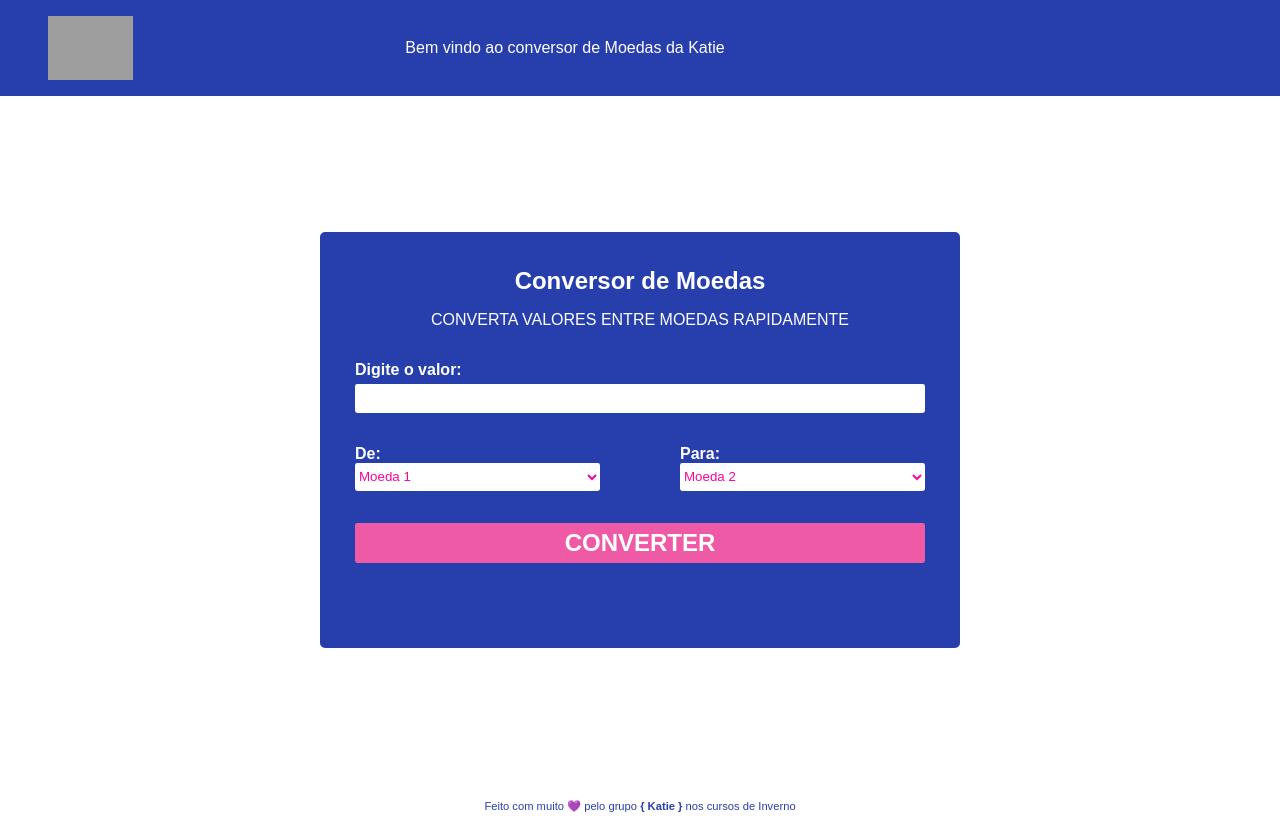
Repository: willamesalmeida/Conversor-de-Moedas
Page: index.html
These files come from the project's save history. The page is drawn as it stood at one moment and after the next save; the edit follows.
The browser window is 1280 px wide. The pictures show the whole page.
Pictures or frames that could not be fetched are drawn as grey boxes.

Above is the page before, as saved 2022-08-07 14:35:08.

### index.html
<!DOCTYPE html>
<html lang="pt-br">
<head>
    <meta charset="UTF-8" />
    <meta name="viewport" content="width=device-width, initial-scale=1.0">
    <link rel="stylesheet" href="./global.css">
    <link rel="stylesheet" href="./styles.css">
    <title>Conversor de moedas KATIE</title>
</head>
<body>
    <script src="script.js"></script>

    <header class="cabecalho">
        <img class="gif-katie" src="https://ic.ufal.br/extensao/katie/resources/logoanim.gif"/>
        <p class="saudacao">Bem vindo ao conversor de Moedas da Katie</p>
    </header>
    <main class="container">
        <section class="card">
            <header>
                <h2 class="titulo">Conversor de Moedas</h2>
                CONVERTA VALORES ENTRE MOEDAS RAPIDAMENTE
            </header>

            <section class="valor">
                <label>Digite o valor:</label>
                <input type="number" id="valor_inicial">
            </section>

            <section class="conversao">
                <div  class="converter-de">
                    <label>De:</label>
                    <select name="moedasde" id="moedasde">
                        <option value="de">Moeda 1</option>
                        <option value="USD">Dolar</option>
                        <option value="BRL">Real</option>
                        <option value="EUR">Euro</option>
                      </select>
                </div>

                <div class="converter-para">
                    <label>Para:</label>
                    <select name="moedaspara" id="moedaspara">
                        <option value="para">Moeda 2</option>
                        <option value="USD">Dolar</option>
                        <option value="BRL">Real</option>
                        <option value="EUR">Euro</option>
                      </select>
                </div>

            </section>
            <button type="submit" onclick="Converter()">CONVERTER</button>

            <span id="resultado" class="resultado"></span>

        </section>

    </main>

    <footer>
        Feito com muito &#128156 pelo grupo <strong>{ Katie }</strong> nos cursos de Inverno
    </footer>


</body>
</html>

### global.css
@import url('https://fonts.googleapis.com/css2?family=Roboto+Flex:opsz,wght@8..144,400;8..144,500&family=Roboto:ital,wght@0,100;0,300;0,400;0,500;0,700;0,900;1,100;1,300;1,400;1,500;1,700;1,900&display=swap');
:root {
  --rosa-katie: #f8049c;
  --amarelo-katie: #fdd54f;
  --cinza-katie: #1f1f24;
  --rosa-claro: #EF5AA7;
  --branco:  #ffffff;
  --blue: #273fad;
}

* {
  margin: 0;
  padding: 0;
  box-sizing: border-box;
}

body {
  font-family: 'Roboto ', sans-serif;
  font-family: 'Roboto Flex ', sans-serif;
  color: #ffffff;
}

### styles.css
.cabecalho {
  background: var(--blue);
  padding: 1rem 0;
}

.gif-katie {
  margin-left: 3rem;
  height: 4rem;
}
.cabecalho{
  display: flex;
  align-items: center;

}

.saudacao {
  text-align: center;
  padding-left: 17rem;
}

.container {
  padding: 2.5rem 1rem;
}

.card {
  background: var(--blue);
  width: 40rem;
  height: 26rem;
  border: 3px solid var(--blue);
  border-radius: 5px;
  padding: 2rem;
  margin: 6rem auto;
}

header
header h2 {

  font-size: 2rem;
}

.titulo {
  margin-bottom: 1rem;
}

.card header {
  text-align: center;
}

.valor {
  margin: 2rem 0;
  display: flex;
  flex-direction: column;
}

label {
  font-size: 1rem;
  font-weight: bold;
  margin-bottom: 0.3rem;
}

input,
select {
  border: none;
  border-radius: 0.15rem;
  height: 1.8rem;
  width: 100%;
  background: var(--branco);
  color: var(--rosa-katie)
}

input {
    padding: 0.8rem;
}

.conversao {
    width: 100%;
    margin: 2rem 0;
    display: flex;
    flex-direction: row;
  }

.converter-de,
.converter-para {
  width: 100%;
}

.converter-de {
  margin-right: 2.5rem;
}

.converter-para {
  margin-left: 2.5rem;
}

button {
  background: var(--rosa-claro);
  border: none;
  border-radius: 0.15rem;
  width: 100%;
  height: 2.5rem;
  cursor: pointer;
  color: var(--branco);
  font-weight: bold;
  font-size: 1.5rem;
  transition: 0.5s;
  margin-bottom: 1rem;
}

#resultado {
    font-weight: bold;
    color: var(--amarelo-katie);
    font-size: 1.5rem;
    text-align: center;
}

button:hover {
  filter: brightness(0.8);
}

footer {
    margin: 1rem 0;
    color: var(--blue);
    font-size: 0.70rem;
    text-align: center;
}

### script.js
function Converter() {
  let input = parseFloat(document.getElementById("valor_inicial").value);
  let output = document.getElementById("resultado");
  let de = document.getElementById("moedasde");
  let para = document.getElementById("moedaspara");

  console.log(de.value);

  //Reais
  if (de.value == "BRL" && para.value != "Moeda 2") {
    let valorEmReais = input;
    let valor;
    if (para.value == "BRL") {
      valor = "O valor em reais é: R$" + valorEmReais.toFixed(2);
    } else if (para.value == "EUR") {
      valor = "O valor em euros é: €" + (valorEmReais * 0.1885).toFixed(2);
    } else if (para.value == "USD") {
      valor = "O valor em dólar é: $" + (valorEmReais * 0.1917).toFixed(2);
    }
    output.innerHTML = valor;
  } else if (de.value == "EUR" && para.value != "Moeda 2") {
    let valorEmEuros = input;
    let valor;

    if (para.value == "EUR") {
      valor = "O valor em euros é: €" + valorEmEuros.toFixed(2);
    } else if (para.value == "USD") {
      valor = "O valor em dólar é: $" + (valorEmEuros * 1.0167).toFixed(2);
    } else if (para.value == "BRL") {
      valor = "O valor em reais é: R$" + (valorEmEuros * 5.303).toFixed(2);
    }
    output.innerHTML = valor;
  } else if (de.value == "USD" && para.value != "Moeda 2") {
    console.log("entrou no else is do dolar");
    let valorEmDolar = input;
    let valor;

    if (para.value == "USD") {
      valor = "O valor em dólar é: $" + valorEmDolar.toFixed(2);
    } else if (para.value == "BRL") {
      valor = "O valor em dólar é: R$" + (valorEmDolar * 5.2159).toFixed(2);
    } else if (para.value == "EUR") {
      valor = "O valor em dólar é: €" + (valorEmDolar * 0.9832).toFixed(2);
    }
    output.innerHTML = valor;
  } else {
    output.innerHTML = "";
  }
}

After the next save:
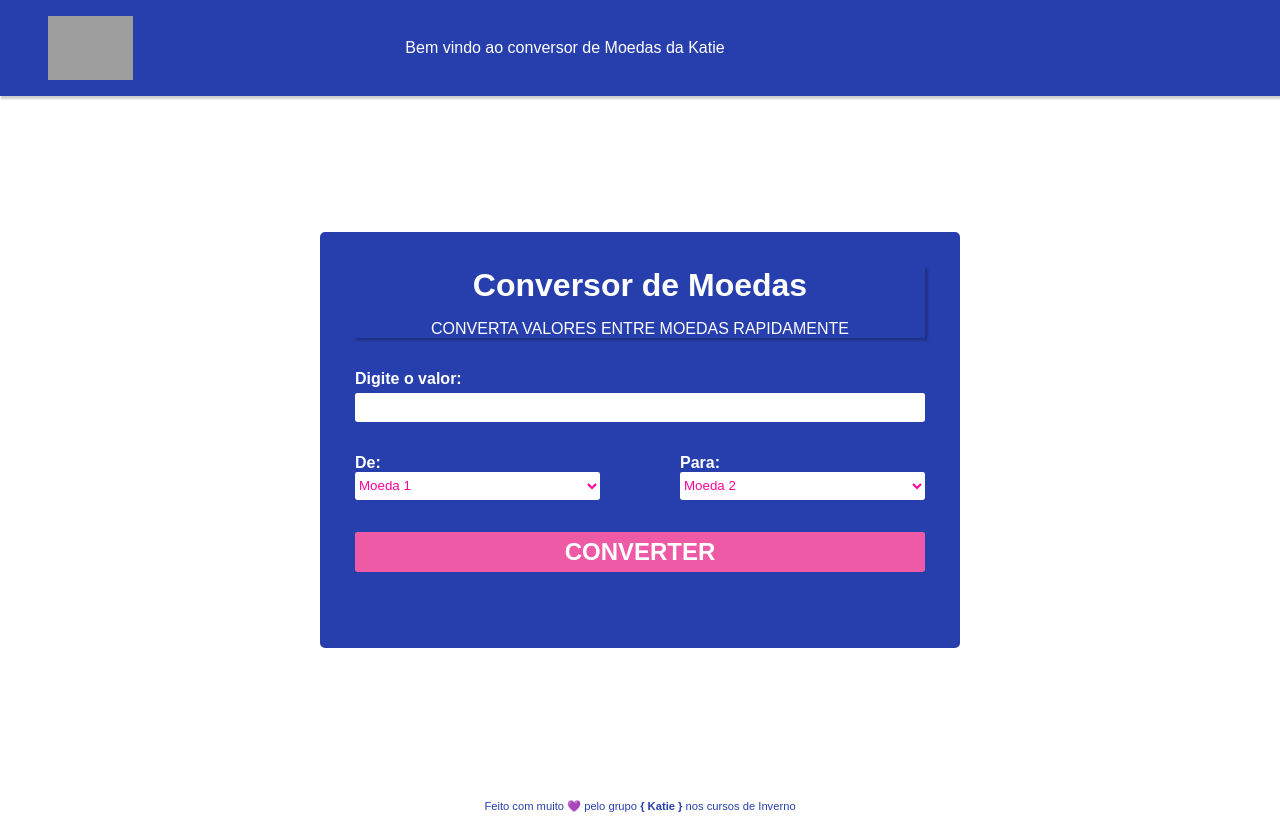
Saved 15 s later.
--- a/styles.css
+++ b/styles.css
@@ -32,7 +32,9 @@
   margin: 6rem auto;
 }
 
-header
+header{
+  box-shadow: 2px 2px 2px 1px rgba(0, 0, 0, 0.2);
+}
 header h2 {
 
   font-size: 2rem;
